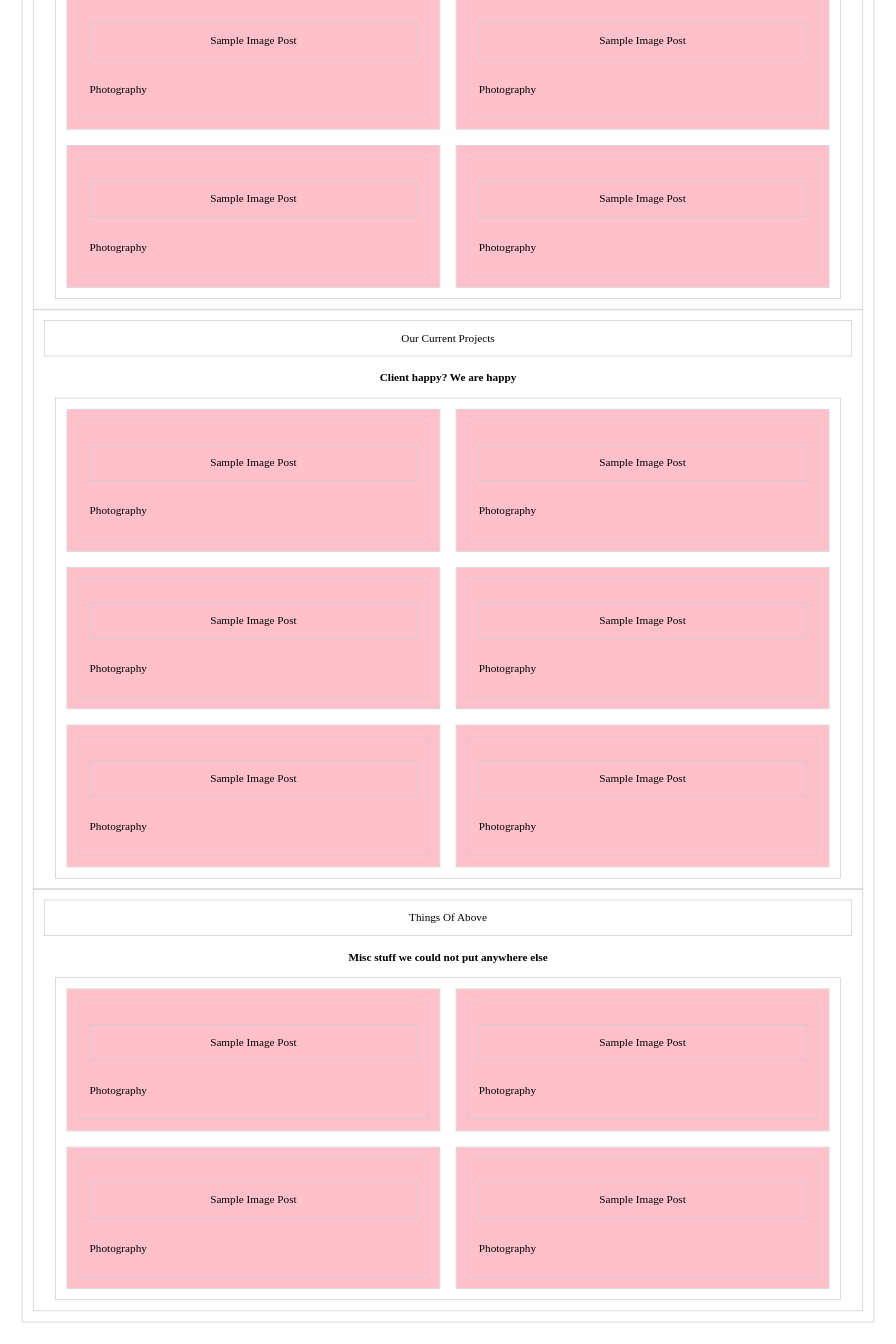
Repository: kionale/Project1_Lab3_ResponsiveLayout
Page: index.html
These files come from the project's save history. The page is drawn as it stood at one moment and after the next save; the edit follows.
The browser window is 1280 px wide. The pictures show the part of the page from y = 1213 to 3133 px (the page is 3133 px tall before and 3117 px after), at 70% of full size.

Above is the page before, as saved 2023-01-25 22:17:55.

### index.html
<!doctype html>
<html class="no-js" lang="">

<head>
  <meta charset="utf-8">
  <title></title>
  <meta name="description" content="">
  <meta name="viewport" content="width=device-width, initial-scale=1">

  <meta property="og:title" content="">
  <meta property="og:type" content="">
  <meta property="og:url" content="">
  <meta property="og:image" content="">

  <link rel="manifest" href="site.webmanifest">
  <link rel="apple-touch-icon" href="icon.png">
  <!-- Place favicon.ico in the root directory -->

  <link rel="stylesheet" href="css/normalize.css">
  <link rel="stylesheet" href="css/main.css">

  <meta name="theme-color" content="#fafafa">
</head>


<body class="page page-home">
  <header class="header page__header">
    <div class="row">
      <h1>Metrolics</h1>
      <a href=""><img src=""></a>
      <nav class="navbar-links">
        <ul>
          <a href="#">
            <li>Home</li>
          </a>
          <a href="">
            <li>Home</li>
          </a>
          <a href="">
            <li>Pages</li>
          </a>
          <a href="">
            <li>Blog</li>
          </a>
          <a href="">
            <li>Portfolio</li>
          </a>
          <a href="">
            <li>Home</li>
          </a>
        </ul>
      </nav>
    </div>

  </header>

  <div class="page__slider">
    <div class="row slides">
      <img src="" alt="">
    </div>
  </div>
  </div>

  <div class="page__intro">
    <h1 class="header page__heading">
      Hey guys! This is the <span>Metrolics</span> theme.<br>
      It sports a responsive layout with a mobile layout.
    </h1>
    <div class="subheading page_subheading">
      <h3>
        Things That We do
      </h3>
      <h5>Ask us what we can do for you</h5>

    </div>
    <div class="feature__service">
      <div class="row m-col-2 l-col-4">
        <div class="col">
          <img class="feature__servic__images" src="" alt="">
          <h4 class="heading feature__servic__title">Web Solution</h4>
          <p class="feature__servic__content">
            bbbhhha
          </p>
        </div>
        <div class="col">
          <img class="feature__servic__images" src="" alt="">
          <h4 class="heading feature__servic__title"></h4>
          <p class="feature__servic__content">
            bbbhhha
          </p>
        </div>
        <div class="col">
          <img class="feature__servic__images" src="" alt="">
          <h4 class="heading feature__servic__title"></h4>
          <p class="feature__servic__content">
            bbbhhha
          </p>
        </div>
        <div class="col">
          <img class="feature__servic__images" src="" alt="">
          <h4 class="heading feature__servic__title"></h4>
          <p class="feature__servic__content">
            bbbhhha
          </p>
        </div>


      </div>
    </div>
  </div>

  <!-- Main content starts here -->
  <main class="page__main">
    <section class="recent__work">
      <header class="header post__header">What's up lately?</header>
      <h4 class="subheading">Read up on our latest work</h4>
      <div class="row m-col-2 l-col-3">
        <div class="col">
          <div>
            <img src="" alt="">
            <header class="header recent__work__title">Sample image post</header><br>
            <p>Photography</p>
          </div>
        </div>
        <div class="col">
          <div>
            <img src="" alt="">
            <header class="header recent__work__title">Sample image post</header><br>
            <p>Photography</p>
          </div>
        </div>
        <div class="col">
          <div>
            <img src="" alt="">
            <header class="header recent__work__title">Sample image post</header><br>
            <p>Photography</p>
          </div>
        </div>
        <div class="col">
          <div>
            <img src="" alt="">
            <header class="header recent__work__title">Sample image post</header><br>
            <p>Photography</p>
          </div>
        </div>
      </div>
    </section>
    <section class="recent__work">
      <header class="header post__header">Our Current Projects</header>
      <h4 class="subheading">Client happy? We are happy</h4>
      <div class="row m-col-2 l-col-3">
        <div class="col">
          <div>
            <img src="" alt="">
            <header class="header recent__work__title">Sample image post</header><br>
            <p>Photography</p>
          </div>
        </div>
        <div class="col">
          <div>
            <img src="" alt="">
            <header class="header recent__work__title">Sample image post</header><br>
            <p>Photography</p>
          </div>
        </div>
        <div class="col">
          <div>
            <img src="" alt="">
            <header class="header recent__work__title">Sample image post</header><br>
            <p>Photography</p>
          </div>
        </div>
        <div class="col">
          <div>
            <img src="" alt="">
            <header class="header recent__work__title">Sample image post</header><br>
            <p>Photography</p>
          </div>
        </div>
        <div class="col">
          <div>
            <img src="" alt="">
            <header class="header recent__work__title">Sample image post</header><br>
            <p>Photography</p>
          </div>
        </div>
        <div class="col">
          <div>
            <img src="" alt="">
            <header class="header recent__work__title">Sample image post</header><br>
            <p>Photography</p>
          </div>
        </div>
      </div>
    </section>
    <section class="recent__work">
      <header class="header post__header">Things of above</header>
      <h4 class="subheading">Misc stuff we could not put anywhere else</h4>
      <div class="row m-col-2 l-col-3">
        <div class="col">
          <div>
            <img src="" alt="">
            <header class="header recent__work__title">Sample image post</header><br>
            <p>Photography</p>
          </div>
        </div>
        <div class="col">
          <div>
            <img src="" alt="">
            <header class="header recent__work__title">Sample image post</header><br>
            <p>Photography</p>
          </div>
        </div>
        <div class="col">
          <div>
            <img src="" alt="">
            <header class="header recent__work__title">Sample image post</header><br>
            <p>Photography</p>
          </div>
        </div>
        <div class="col">
          <div>
            <img src="" alt="">
            <header class="header recent__work__title">Sample image post</header><br>
            <p>Photography</p>
          </div>
        </div>

      </div>
    </section>
  </main>


  <script src="js/vendor/modernizr-3.11.2.min.js"></script>
  <script src="js/plugins.js"></script>
  <script src="js/main.js"></script>

  <!-- Google Analytics: change UA-XXXXX-Y to be your site's ID. -->
  <script>
    window.ga = function () { ga.q.push(arguments) }; ga.q = []; ga.l = +new Date;
    ga('create', 'UA-XXXXX-Y', 'auto'); ga('set', 'anonymizeIp', true); ga('set', 'transport', 'beacon'); ga('send', 'pageview')
  </script>
  <script src="https://www.google-analytics.com/analytics.js" async></script>
</body>

</html>

### css/main.css
::-moz-selection {
  background: #b3d4fc;
  text-shadow: none;
}

::selection {
  background: #b3d4fc;
  text-shadow: none;
}

/*
 * A better looking default horizontal rule
 */

hr {
  display: block;
  height: 1px;
  border: 0;
  border-top: 1px solid #ccc;
  margin: 1em 0;
  padding: 0;
}

audio,
canvas,
iframe,
img,
svg,
video {
  vertical-align: middle;
}

/*
 * Remove default fieldset styles.
 */

fieldset {
  border: 0;
  margin: 0;
  padding: 0;
}

/*
 * Allow only vertical resizing of textareas.
 */

textarea {
  resize: vertical;
}

*,
*::before,
*::after {
  box-sizing: border-box;
}

div,
main,
section,
header,
footer {
  outline: 1px solid #ccc;
  min-height: 1rem;
  padding: 1rem;
}

.page {
  margin: 0 auto;
  padding: 2rem;
}

.header {
  text-transform: capitalize;
  text-align: center;
}

.subheading {
  text-align: center;
}

ul,
li {
  padding: 0;
  margin: 0;
  list-style: none;
}
.row {
  display: grid;
  row-gap: 1rem;
}

.col {
  position: relative;
  background-color: pink;
}

/* medium screens and up  */
@media screen and (min-width: 40em) {
  .row {
    max-width: 70rem;
    column-gap: 1.5rem;
    row-gap: 1.5rem;
    margin: 0 auto;
  }

  .m-col-2 {
    grid-template-columns: 1fr 1fr;
  }
}

### js/plugins.js
// Avoid `console` errors in browsers that lack a console.
(function() {
  var method;
  var noop = function () {};
  var methods = [
    'assert', 'clear', 'count', 'debug', 'dir', 'dirxml', 'error',
    'exception', 'group', 'groupCollapsed', 'groupEnd', 'info', 'log',
    'markTimeline', 'profile', 'profileEnd', 'table', 'time', 'timeEnd',
    'timeline', 'timelineEnd', 'timeStamp', 'trace', 'warn'
  ];
  var length = methods.length;
  var console = (window.console = window.console || {});

  while (length--) {
    method = methods[length];

    // Only stub undefined methods.
    if (!console[method]) {
      console[method] = noop;
    }
  }
}());

// Place any jQuery/helper plugins in here.

Loaded but not shown: css/normalize.css (library); js/vendor/modernizr-3.11.2.min.js (library); js/main.js (no stored copy; drawn as an empty file)

After the next save:
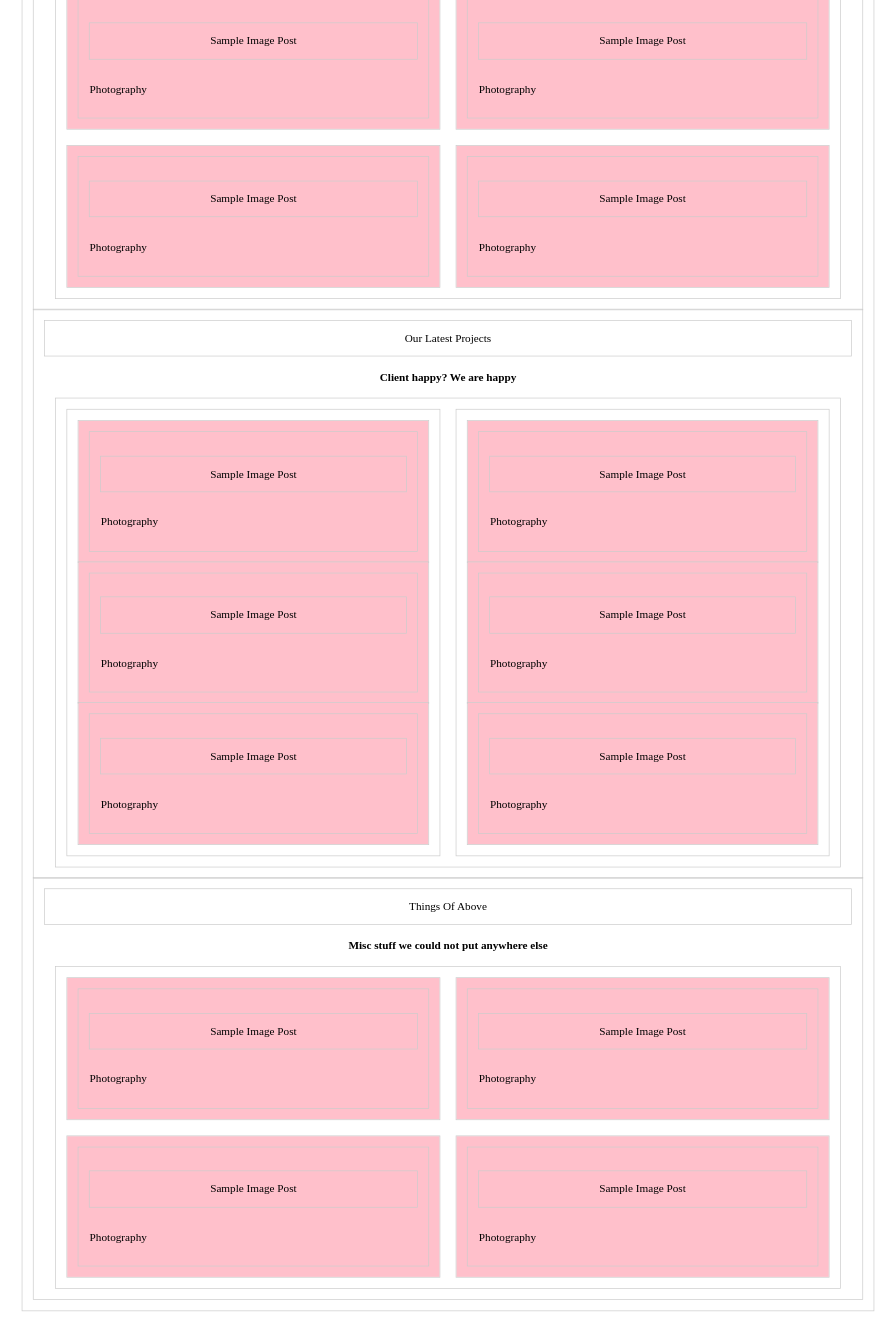
Saved 9 min 9 s later.
--- a/index.html
+++ b/index.html
@@ -145,52 +145,56 @@
         </div>
       </div>
     </section>
-    <section class="recent__work">
-      <header class="header post__header">Our Current Projects</header>
+    <section class="latest__projects">
+      <header class="header latest__projects__header">Our Latest Projects</header>
       <h4 class="subheading">Client happy? We are happy</h4>
       <div class="row m-col-2 l-col-3">
-        <div class="col">
-          <div>
-            <img src="" alt="">
-            <header class="header recent__work__title">Sample image post</header><br>
-            <p>Photography</p>
-          </div>
-        </div>
-        <div class="col">
-          <div>
-            <img src="" alt="">
-            <header class="header recent__work__title">Sample image post</header><br>
-            <p>Photography</p>
-          </div>
-        </div>
-        <div class="col">
-          <div>
-            <img src="" alt="">
-            <header class="header recent__work__title">Sample image post</header><br>
-            <p>Photography</p>
-          </div>
-        </div>
-        <div class="col">
-          <div>
-            <img src="" alt="">
-            <header class="header recent__work__title">Sample image post</header><br>
-            <p>Photography</p>
-          </div>
-        </div>
-        <div class="col">
-          <div>
-            <img src="" alt="">
-            <header class="header recent__work__title">Sample image post</header><br>
-            <p>Photography</p>
-          </div>
-        </div>
-        <div class="col">
-          <div>
-            <img src="" alt="">
-            <header class="header recent__work__title">Sample image post</header><br>
-            <p>Photography</p>
-          </div>
-        </div>
+        <section class="top__row__latest">
+          <div class="col">
+            <div>
+              <img src="" alt="">
+              <header class="header recent__work__title">Sample image post</header><br>
+              <p>Photography</p>
+            </div>
+          </div>
+          <div class="col">
+            <div>
+              <img src="" alt="">
+              <header class="header recent__work__title">Sample image post</header><br>
+              <p>Photography</p>
+            </div>
+          </div>
+          <div class="col">
+            <div>
+              <img src="" alt="">
+              <header class="header recent__work__title">Sample image post</header><br>
+              <p>Photography</p>
+            </div>
+          </div>
+        </section>
+        <section class="bottom__row__latest">
+          <div class="col">
+            <div>
+              <img src="" alt="">
+              <header class="header recent__work__title">Sample image post</header><br>
+              <p>Photography</p>
+            </div>
+          </div>
+          <div class="col">
+            <div>
+              <img src="" alt="">
+              <header class="header recent__work__title">Sample image post</header><br>
+              <p>Photography</p>
+            </div>
+          </div>
+          <div class="col">
+            <div>
+              <img src="" alt="">
+              <header class="header recent__work__title">Sample image post</header><br>
+              <p>Photography</p>
+            </div>
+          </div>
+        </section>
       </div>
     </section>
     <section class="recent__work">
